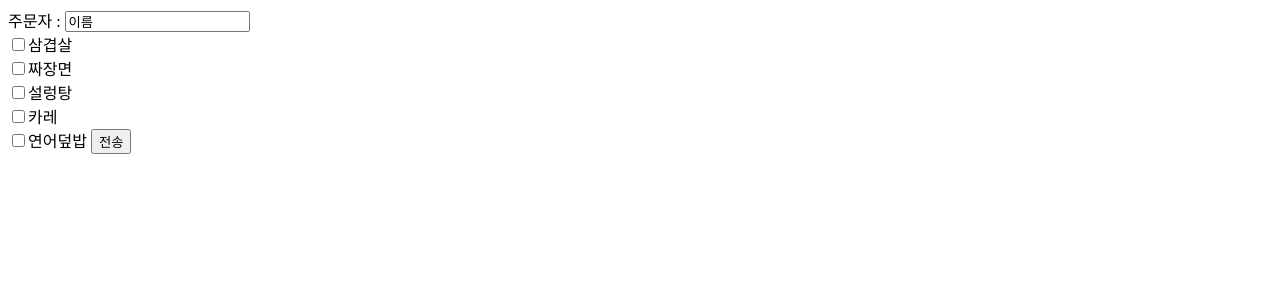
Repository: duatn3004/jsp_20230602
Page: http://localhost/jstl_study/step6-form.jsp
These files come from the project's save history. The page is drawn as it stood at one moment and after the next save; the edit follows.
The browser window is 1280 px wide. The pictures show the whole page.
The page is served by Tomcat 9.

Above is the page before, as saved 2023-05-10 02:34:19.

After the next save:
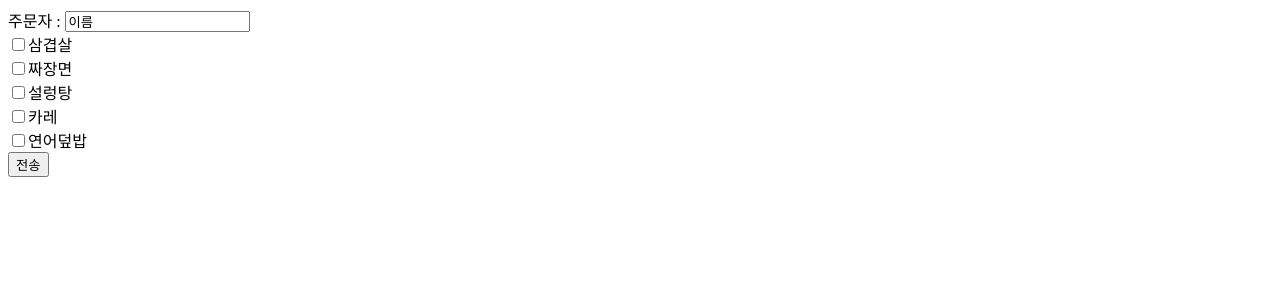
Saved 17 s later.
--- a/jstl_workspace/jstl_study/src/main/webapp/step6-form.jsp
+++ b/jstl_workspace/jstl_study/src/main/webapp/step6-form.jsp
@@ -14,7 +14,7 @@
 	<input type="checkbox" name="food" value="짜장면">짜장면<br>
 	<input type="checkbox" name="food" value="설렁탕">설렁탕<br>
 	<input type="checkbox" name="food" value="카레">카레<br>
-	<input type="checkbox" name="food" value="연어덮밥">연어덮밥
+	<input type="checkbox" name="food" value="연어덮밥">연어덮밥<br>
 	<button type="submit">전송</button>
 	</form>
 </body>
